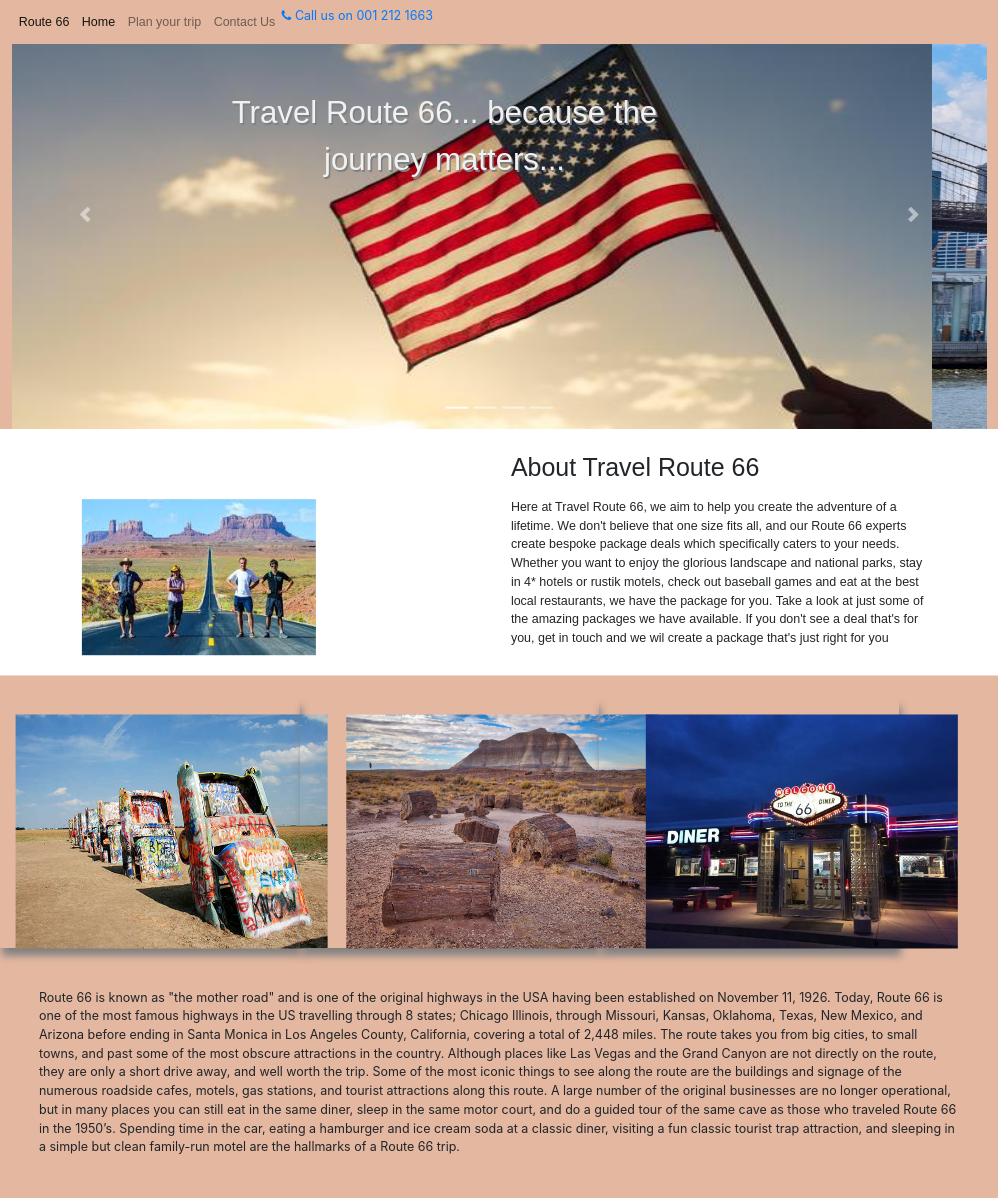
Repository: Code-Institute-Submissions/Javascript-milestone-project-2
Page: index.html
The author's editor kept a record of every edit. The page is drawn from the files as they stood at one moment, then again after the next edit.
The browser window is 1280 px wide. The pictures show the whole page, at 78% of full size.
Some web fonts or font styles are not loaded; a fallback is used. Some web libraries are served in a nearby version.

Above is the page before.

### index.html
<!DOCTYPE html>
<html lang="en">

<head>
    <meta charset="UTF-8">
    <meta name="viewport" content="width=device-width, initial-scale=1.0">
    <meta http-equiv="X-UA-Compatible" content="ie=edge">
    <link rel="stylesheet" href="https://stackpath.bootstrapcdn.com/bootstrap/4.3.1/css/bootstrap.min.css" type="text/css" />
    <link rel="stylesheet" href="https://cdnjs.cloudflare.com/ajax/libs/hover.css/2.3.1/css/hover-min.css" type="text/css" />
    <link rel="stylesheet" href="https://stackpath.bootstrapcdn.com/font-awesome/4.7.0/css/font-awesome.min.css" type="text/css" />
    <link href="https://fonts.googleapis.com/css?family=Dosis&display=swap" rel="stylesheet">
    <link href="https://fonts.googleapis.com/css?family=Philosopher|Yeon+Sung|ZCOOL+XiaoWei&display=swap" rel="stylesheet">
    <link rel="stylesheet" href="css/style.css" type="text/css" />
    <title>Travel Route 66</title>
</head>

<body>

    <header>
        <nav class="navbar navbar-expand-lg navbar-light">
            <button class="navbar-toggler" type="button" data-toggle="collapse" data-target="#navbarNav" aria-controls="navbarNav" aria-expanded="false" aria-label="Toggle navigation">
    <span class="navbar-toggler-icon"></span>
  </button>
            <div class="collapse navbar-collapse" id="navbarNav">
                <ul class="navbar-nav">
                    <li class="nav-item active">
                        <a class="nav-link" href="#"><span>Route 66</span></a>
                    </li>
                    <li class="nav-item active">
                        <a class="nav-link" href="#"><span>Home</span></a>
                    </li>
                    <li class="nav-item">
                        <a class="nav-link" href="#"><span>Plan your trip</span></a>
                    </li>
                    <li class="nav-item">
                        <a class="nav-link" href="#"><span>Contact Us</span></a>
                    </li>
                    <li class="nav-item">
                        <a class="navlink" href="#"><span><i class="fa fa-phone"></i> Call us on 001 212 1663</span></a>
                    </li>
                </ul>
            </div>
        </nav>
  <div class="container-fluid">
      <div id="myCarousel" class="carousel slide" data-ride="carousel">
          <ul class="carousel-indicators">
              <li data-target="#myCarousel" data-slide-to="0" class="active"></li>
              <li data-target="#myCarousel" data-slide-to="1"></li>
              <li data-target="#myCarousel" data-slide-to="2"></li>
              <li data-target="#myCarousel" data-slide-to="3"></li>
          </ul>
          <div class="carousel-inner">
              <div class="carousel-item active">
                  <img src="images/slide1.jpg" alt="mainimage" width="100%" height="550">
                  <div class="title">Travel Route 66... because the journey matters...</div>
              </div>
              <div class="carousel-item">
                  <img src="images/slide2.jpg" alt="highway" width="100%" height="550">
              </div>
              <div class="carousel-item">
                  <img src="images/slide3.jpg" alt="sunsetcanyon" width="100%" height="550">
              </div>
              <div class="carousel-item">
                  <img src="images/slide4.jpg" alt="signontheroad" width="100%" height="550">
              </div>
              <a class="carousel-control-prev" href="#myCarousel" data-slide="prev">
      <span class="carousel-control-prev-icon"></span>
    </a>
              <a class="carousel-control-next" href="#myCarousel" data-slide="next">
      <span class="carousel-control-next-icon"></span>
    </a>
          </div>
      </div>
  </div>
  </div>

  </header>

  <section>
    <div class="container about" style="padding-bottom: 10px;">
      <div class="row">
        <div class="col-12 col-md-6">
          <img src="images\people.jpg" alt="travelroute66" class="people">
        </div>
        <div class="col-12 col-md-6 about">
          <h2>About Travel Route 66</h2>
          <p class="people2">Here at Travel Route 66, we aim to help you create the adventure of a lifetime. We don't believe that one size fits all, and our Route 66 experts create bespoke package deals which specifically caters to your needs. Whether you want to enjoy the glorious landscape and national parks, stay in 4* hotels or rustik motels,
   check out baseball games and eat at the best local restaurants, we have the package for you. Take a look at just some of the amazing packages we have available. If you don't see a deal that's for you,
   get in touch and we wil create a package that's just right for you</p>
        </div>
      </div>
    </div>

     <div class="largebox">
    <div class="box7">
  <img src="images/attractions.jpg" alt="route66" class="attractions">
  <div class="overlay">
    <div class="text">Travel in style from Chicago to Los Angeles, passing through Missouri, Kansas, Oklahoma, Texas, New Mexico, Arizona. also known as the Will Rogers Highway, the Main Street of America or the Mother Road, was one of the original highways in the U.S. Highway System. US 66 was established on November 11, 1926.</div>
  </div>
</div>

<div class="box7">
  <img src="images/nationalparks.jpg" alt="route66" class="nationalparks">
  <div class="overlay">
    <div class="text">Travel in style from Chicago to Los Angeles, passing through Missouri, Kansas, Oklahoma, Texas, New Mexico, Arizona. also known as the Will Rogers Highway, the Main Street of America or the Mother Road, was one of the original highways in the U.S. Highway System. US 66 was established on November 11, 1926.</div>
  </div>
</div>

<div class="box7">
  <img src="images/dining.jpg" alt="route66" class="dining">
  <div class="overlay">
    <div class="text">Travel in style from Chicago to Los Angeles, passing through Missouri, Kansas, Oklahoma, Texas, New Mexico, Arizona. also known as the Will Rogers Highway, the Main Street of America or the Mother Road, was one of the original highways in the U.S. Highway System. US 66 was established on November 11, 1926.</div>
  </div>
</div>

<div class="box6">
    <p class="information">Route 66 is known as "the mother road" and is one of the original highways in the USA having been established on November 11, 1926. Today, Route 66 is one of the most famous highways in the US travelling through 8 states; Chicago Illinois, through Missouri, Kansas, Oklahoma, Texas, New Mexico, and Arizona before ending in Santa Monica in Los Angeles County, California, covering a total of 2,448 miles.
    The route takes you from big cities, to small towns, and past some of the most obscure attractions in the country. Although places like Las Vegas and the Grand Canyon are not directly on the route, they are only a short drive away, and well worth the trip. Some of the most iconic things to see along the route are the buildings and signage of the numerous roadside cafes, motels, gas stations, and tourist attractions along this route. A large number of the original businesses are no longer operational, but in many places you can still eat in the same diner, sleep in the same motor court, and do a guided tour of the same cave as those who traveled Route 66 in the 1950’s.
    Spending time in the car, eating a hamburger and ice cream soda at a classic diner, visiting a fun classic tourist trap attraction, and sleeping in a simple but clean family-run motel are the hallmarks of a Route 66 trip.</p>
</div>
</div>

  </section>


    <script src="https://code.jquery.com/jquery-3.2.1.slim.min.js" integrity="sha384-KJ3o2DKtIkvYIK3UENzmM7KCkRr/rE9/Qpg6aAZGJwFDMVNA/GpGFF93hXpG5KkN" crossorigin="anonymous"></script>
    <script src="https://cdnjs.cloudflare.com/ajax/libs/popper.js/1.12.9/umd/popper.min.js" integrity="sha384-ApNbgh9B+Y1QKtv3Rn7W3mgPxhU9K/ScQsAP7hUibX39j7fakFPskvXusvfa0b4Q" crossorigin="anonymous"></script>
    <script src="https://maxcdn.bootstrapcdn.com/bootstrap/4.0.0/js/bootstrap.min.js" integrity="sha384-JZR6Spejh4U02d8jOt6vLEHfe/JQGiRRSQQxSfFWpi1MquVdAyjUar5+76PVCmYl" crossorigin="anonymous"></script>
</body>

</html>

### css/style.css

/* ---------------------------------------------------home.html */


.homeimage {
    width: 100%;
}

.centered {
  position: absolute;
  top: 40%;
  left: 50%;
  transform: translate(-50%, -100%);
  color: #f0f1f2;
  font-family: 'Poppins', sans-serif;
  font-size: 70px;
  background: rgba(0, 0, 0, 0);
  text-shadow: 2px 2px grey;
  text-align: center;

}

.centered2 {
   position: absolute;
  top: 60%;
  left: 50%;
  transform: translate(-50%, -100%);
  color: #f0f1f2;
  font-family: 'Poppins', sans-serif;
  font-size: 40px;
  background: rgba(0, 0, 0, 0);
  text-shadow: 2px 2px grey;
  text-align: center;
}

#homebutton {
    background-color: #FF7F50;
    text-align: center;
    margin-right: 40px;
    font-size: 20px;
    margin-top: 20px;
    border-radius: 30px;
}


/* ---------------------------------------------------navbar */


.navbar {
    margin: 0;
    border: 0;
    background-color: #e3b7a0;
    color: #003366;
    position: fixed;
    z-index: 10;
    width: 100%;

}

.nav-link {
     font-family: 'Poppins', sans-serif;
      color: #003366;
}



/* ---------------------------------------------------Image Carousel */

.carousel-inner img {
      width: 100%;
}

#myCarousel {
    margin: 0;
    padding: 0;
}

.carousel-item {
      position: relative;
      margin-right: -100%;
      width: 100%;
}

.carousel-caption {
     text-align: center;
     color: #FFc107;
     font-weight: 700;
     padding-bottom: 100px;
     margin-bottom: 30px;
}

.container-fluid {
    background-color: #e3b7a0;
}




/* ---------------------------------------------------Title across image carousel */



.title {
   position: absolute;
  top: 60%;
  left: 50%;
  transform: translate(-50%, -180%);
  color: #f0f1f2;
  font-family: 'Poppins', sans-serif;
  font-size: 40px;
  background: rgba(0, 0, 0, 0);
  text-shadow: 2px 2px grey;
  text-align: center;
}





/* ---------------------------------------------------About Travel Route 66 section */


#about {
    background-color: #fcfcfc;
    padding-top: 2em;
    padding-top: 60px;
}


.people {
    margin-top: 90px;
    margin-left: 20px;
    width: 300px;
    height: 200px;
}


h2 {
    margin-top: 30px;
    font-family: 'Poppins', sans-serif;
}

.people2 {
    margin-top: 20px;
    font-family: 'Poppins', sans-serif;
}

/* ---------------------------------------------------image cards that fade to text and paragraph of text below */


.box7 {
  float: left;
  position: relative;
  width: 30%;
  text-align: center;
  margin-left: 50%
  border-radius: 10px;
  box-shadow: 3px 10px 10px grey;

}

.attractions {
  display: block;
  width: 400px;
  height: 300px;
  margin-top: 20px;
  margin-left: 20px;
  margin-right: 20px;
}

.nationalparks {
  display: block;
  width: 400px;
  height: 300px;
  margin-top: 20px;
   margin-left: 60px;
   margin-right: 20px
}

.dining {
  display: block;
  width: 400px;
  height: 300px;
  margin-top: 20px;
   margin-left: 60px;
   margin-right: 20px
}

.overlay {
  position: absolute;
  top: 0;
  bottom: 0;
  left: 0;
  right: 0;
  height: 100%;
  width: 100%;
  opacity: 0;
  transition: .5s ease;
  background-color:  #e3b7a0;
}

.box7:hover .overlay {
  transition-timing-function: ease-in-out;
  opacity: 1;
  margin-right: 20px;

}

.text {
  color: white;
  font-size: 15px;
  position: absolute;
  top: 50%;
  left: 50%;
  -webkit-transform: translate(-50%, -50%);
  -ms-transform: translate(-50%, -50%);
  transform: translate(-50%, -50%);
  text-align: center;
}


.largebox {
    box-sizing: border-box;
    height: 670px;
    width: 100%;
    background-color:  #e3b7a0;
    padding-top: 30px;
    margin-top: 10px;

}

.information {
    padding-top: 370px;
    padding-left: 50px;
    padding-right: 50px;
}



/* ---------------------------------------------------Reviews */










/* ---------------------------------------------------radio buttons and selections */










/* ---------------------------------------------------Google Map */







/* ---------------------------------------------------cards with package deals */








/* ---------------------------------------------------Footer */

After the next edit:
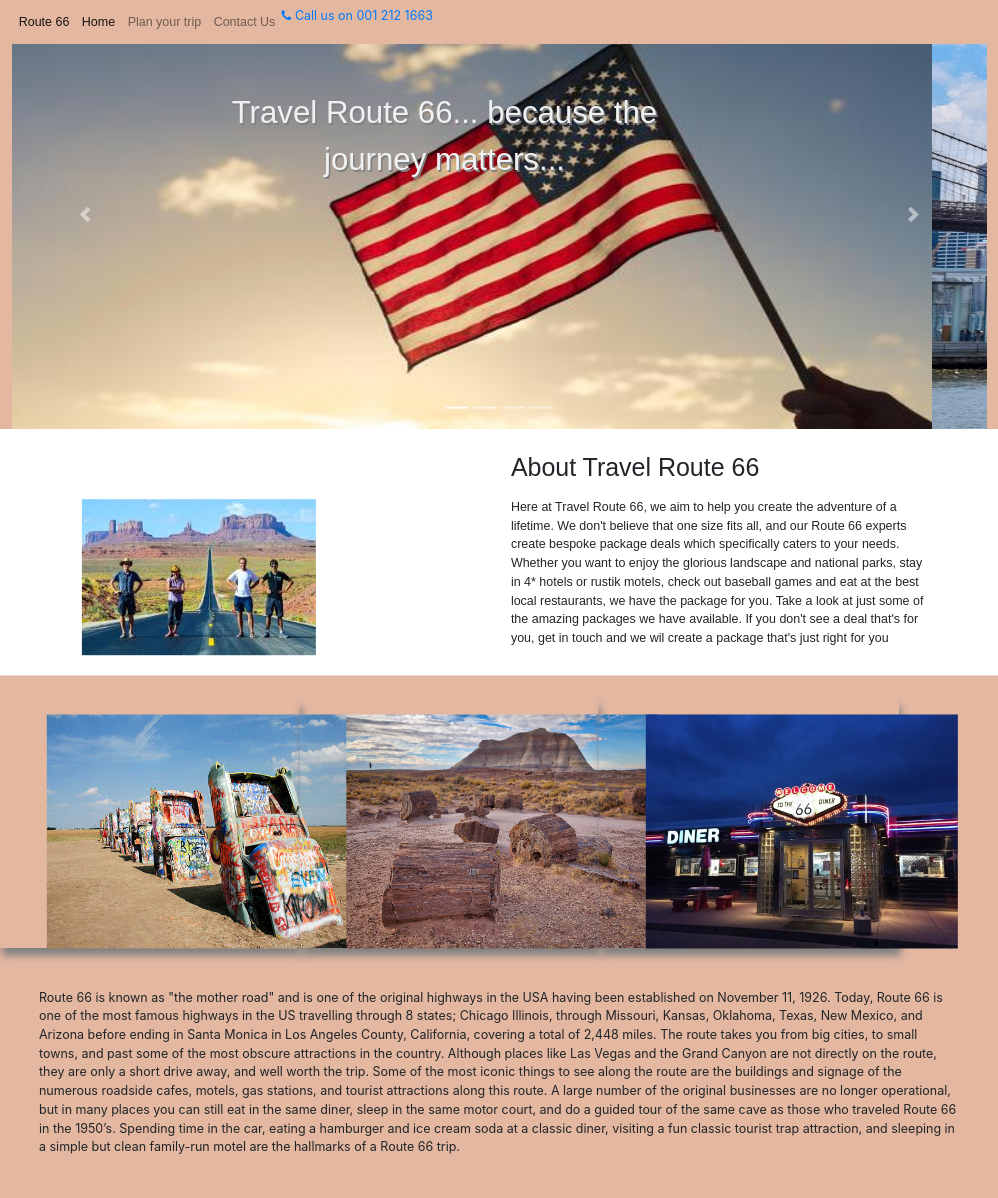
The edit:
--- a/css/style.css
+++ b/css/style.css
@@ -164,7 +164,7 @@
   width: 400px;
   height: 300px;
   margin-top: 20px;
-  margin-left: 20px;
+  margin-left: 60px;
   margin-right: 20px;
 }
 
